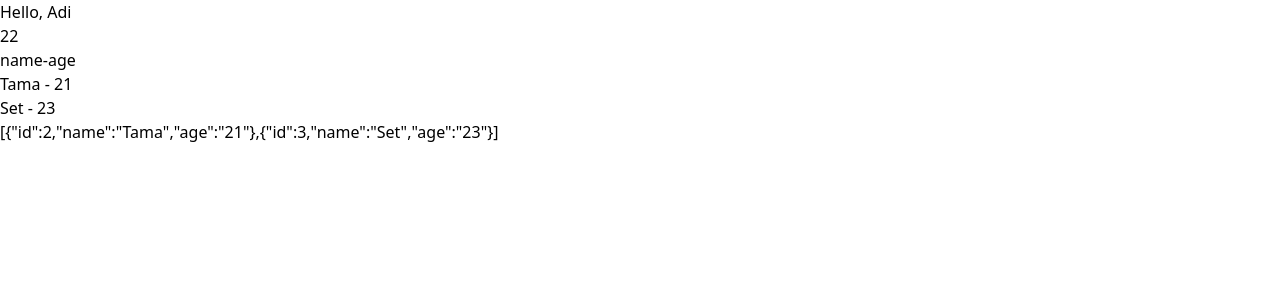
Repository: idaitesamatarp/ifabula
Page: / (app in latihan/)
The author's editor kept a copy of each file at every save. The page is drawn from the files as they stood at one save, then again after a run of saves.
The browser window is 1280 px wide. The pictures show the whole page.
The project was rebuilt for these pictures with package versions that can differ from the ones it lists, and the page was loaded fresh each time. Also part of the build but not shown: latihan/src/App.css.

Above is the page before, as saved 2022-05-31 16:16:37.

### latihan/src/App.js
// import logo from './logo.svg';
import "./App.css";
import React, { Component } from "react";
import UserList from "./component/UserList";

class App extends Component {
  constructor() {
    super();
    this.state = {
      id: 1,
      name: "Adi",
      age: "22",
      users: [
        {
          id: 2,
          name: "Tama",
          age: "21",
        },
        {
          id: 3,
          name: "Set",
          age: "23",
        },
      ],
    };
  }
  render() {
    const { name, age, users } = this.state;
    // console.log("users", users);
    return (
      <div>
        <h1>Hello, {name}</h1>
        <h1>{age}</h1>
        <ul>
          <li>name-age</li>
          {users.map((user) => {
            /* return (
              <li key={user.id}>
                {user.name} - {user.age}
              </li>
            ); */
            return (
              <UserList user={user} className="text-3xl font-bold underline" />
            );
          })}
        </ul>
        {JSON.stringify(users)}
      </div>
    );
  }
}

/* function App() {
  return (
    <div className="App">
      <header className="App-header">
        <img src={logo} className="App-logo" alt="logo" />
        <p>
          Edit <code>src/App.js</code> and save to reload.
        </p>
        <a
          className="App-link"
          href="https://reactjs.org"
          target="_blank"
          rel="noopener noreferrer"
        >
          Learn React
        </a>
      </header>
    </div>
  );
} */

export default App;

### latihan/src/component/UserList.jsx
import React, { Component } from 'react'

export default class UserList extends Component {
    // constructor() {
    //     super()
    //     this.state = {
    //         username: "Mad"
    //     }
    // }

    render() {
    const {user} = this.props
    // console.log('user', user)

    return (
      <div>
        <li>{this.props.user.name} - {user.age}</li>
        {/* <li>{this.state.username}</li> */}
      </div>
    )
  }
}

Loaded but not shown: latihan/public/index.html (common file); latihan/src/index.js (common file); latihan/src/index.css (common file); latihan/src/reportWebVitals.js (common file); latihan/tailwind.config.js (common file)

After the next 2 saves:
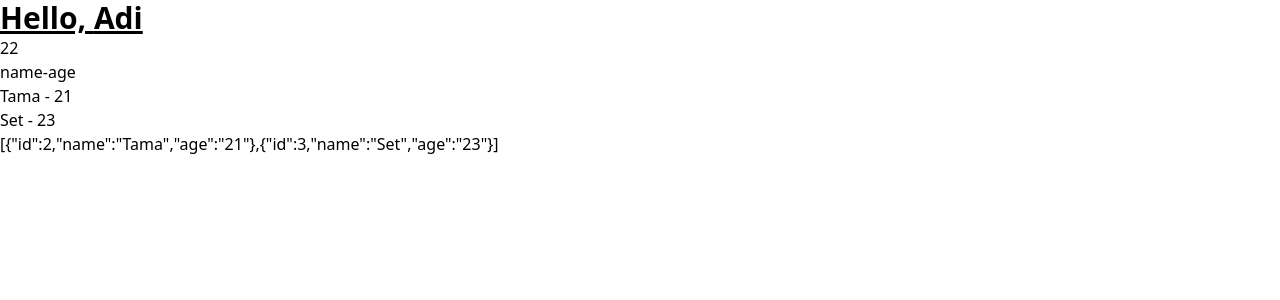
The 2 saves are shown as one change because they came seconds apart.
The last was saved 42 s later.
--- a/latihan/src/App.js
+++ b/latihan/src/App.js
@@ -29,7 +29,7 @@
     // console.log("users", users);
     return (
       <div>
-        <h1>Hello, {name}</h1>
+        <h1 className="text-3xl font-bold underline">Hello, {name}</h1>
         <h1>{age}</h1>
         <ul>
           <li>name-age</li>
@@ -39,9 +39,7 @@
                 {user.name} - {user.age}
               </li>
             ); */
-            return (
-              <UserList user={user} className="text-3xl font-bold underline" />
-            );
+            return <UserList user={user} />;
           })}
         </ul>
         {JSON.stringify(users)}
